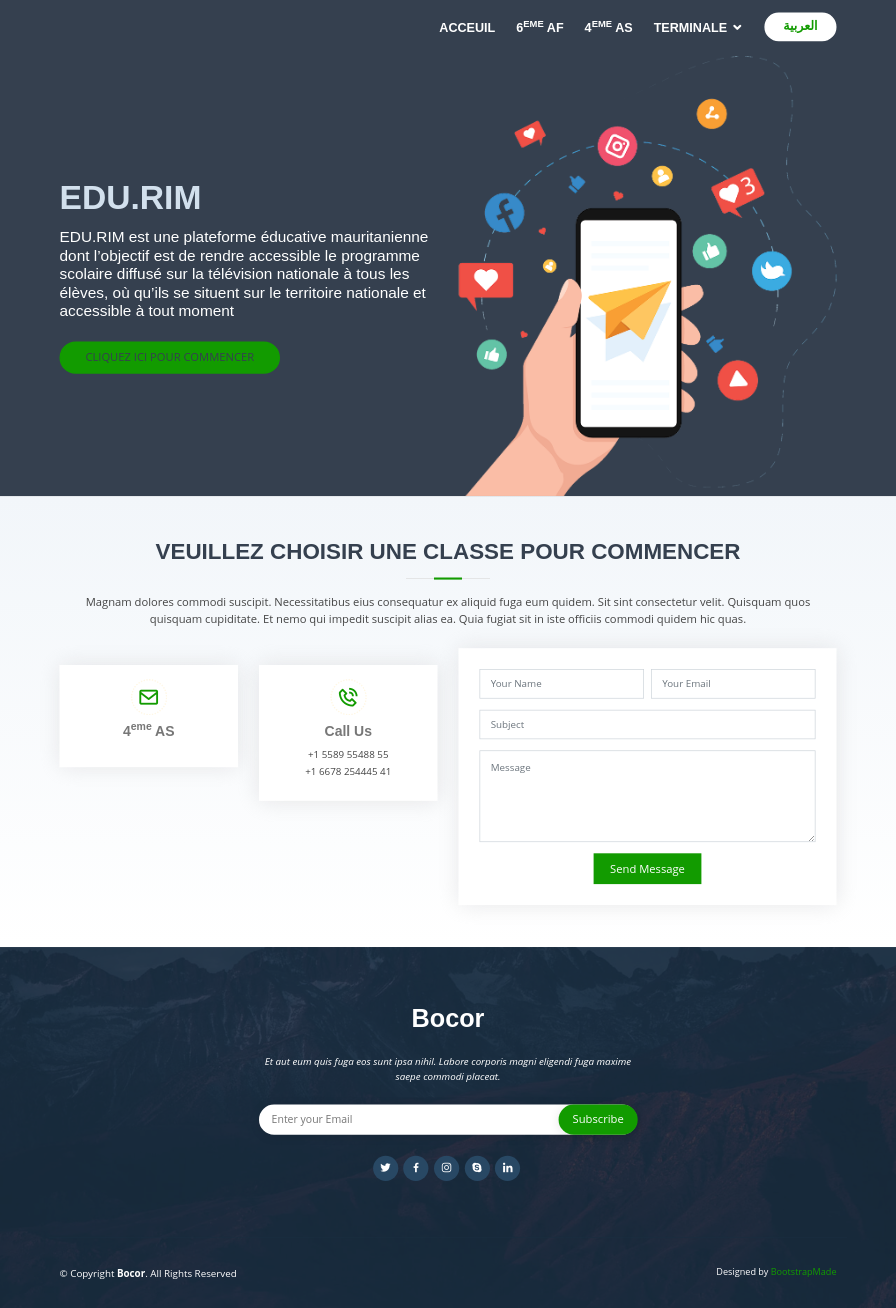
Repository: athiemohamed/courat
Page: http://localhost/
An editor plug-in stored every save of this project. The page is shown before and after the next save, followed by the edit.
The browser window is 1280 px wide. The pictures show the whole page, at 70% of full size.
Some web fonts or font styles are not loaded; a fallback is used. The page is run by PHP 8.4 with error messages shown; the project is at /var/www/html/. Other server files are loaded and not shown.

Above is the page before, as saved 2020-03-26 12:10:47.

### assets/css/style.css
/**
* Template Name: Bocor - v2.0.0
* Template URL: https://bootstrapmade.com/bocor-bootstrap-template-nice-animation/
* Author: BootstrapMade.com
* License: https://bootstrapmade.com/license/
*/

/*--------------------------------------------------------------
# General
--------------------------------------------------------------*/
body {
  font-family: "Open Sans", sans-serif;
  color: #444444;
}

a {
  color: #129b00;
}

a:hover {
  color: #129b00;
  text-decoration: none;
}

h1, h2, h3, h4, h5, h6 {
  font-family: "Raleway", sans-serif;
}

/*--------------------------------------------------------------
# Back to top button
--------------------------------------------------------------*/
.back-to-top {
  position: fixed;
  display: none;
  width: 40px;
  height: 40px;
  border-radius: 50px;
  right: 15px;
  bottom: 15px;
  background: #129b00;
  color: #fff;
  transition: display 0.5s ease-in-out;
  z-index: 99999;
  transition: all ease-in-out 0.3s;
}

.back-to-top i {
  font-size: 24px;
  position: absolute;
  top: 8px;
  left: 8px;
}

.back-to-top:hover {
  color: #fff;
  background: #129b00;
}

/*--------------------------------------------------------------
# Header
--------------------------------------------------------------*/
#header {
  height: 80px;
  transition: all 0.5s;
  z-index: 997;
  transition: all 0.5s;
  padding: 16px 0;
  background: #35404f;
}

#header .logo h1 {
  font-size: 24px;
  margin: 0;
  padding: 10px 0;
  line-height: 1;
  font-weight: 700;
  letter-spacing: 3px;
  text-transform: uppercase;
  font-family: "Poppins", sans-serif;
}

#header .logo h1 a, #header .logo h1 a:hover {
  color: #fff;
  text-decoration: none;
}

#header .logo h1 a span, #header .logo h1 a:hover span {
  color: #129b00;
}

#header .logo img {
  padding: 0;
  margin: 0;
  max-height: 40px;
}

/*--------------------------------------------------------------
# Navigation Menu
--------------------------------------------------------------*/
/* Desktop Navigation */
.nav-menu, .nav-menu * {
  margin: 0;
  padding: 0;
  list-style: none;
}

.nav-menu > ul > li {
  position: relative;
  white-space: nowrap;
  float: left;
}

.nav-menu ul {
  border-radius: 6px;
}

.nav-menu a {
  display: block;
  position: relative;
  color: #fff;
  font-weight: bold;
  padding: 10px 15px;
  transition: 0.3s;
  font-size: 18px;
  font-family: 'Cairo', sans-serif;
  font-weight: bold;
}

.nav-menu a:hover, .nav-menu .active > a, .nav-menu li:hover > a {
  color: #fff;
  text-decoration: none;
}

.nav-menu .get-started a {
  background: #fff;
  font-size: 18px;
  font-family: 'Cairo', sans-serif;
  color: #129b00;
  border-radius: 50px;
  margin: 2px 0 0 15px;
  padding: 4px 25px 6px 25px;
  border: 2px solid #fff;
}

.nav-menu .get-started a:hover {
  background: #129b00;
  color: #fff;
  border: 2px solid #129b00;
}

.nav-menu .drop-down ul {
  display: block;
  position: absolute;
  left: 0;
  top: calc(100% - 30px);
  z-index: 99;
  opacity: 0;
  visibility: hidden;
  padding: 10px 0;
  background: #fff;
  box-shadow: 0px 0px 30px rgba(127, 137, 161, 0.25);
  transition: ease all 0.3s;
}

.nav-menu .drop-down:hover > ul {
  opacity: 1;
  top: 100%;
  visibility: visible;
}

.nav-menu .drop-down li {
  min-width: 180px;
  position: relative;
}

.nav-menu .drop-down ul a {
  padding: 10px 20px;
  font-size: 14px;
  font-weight: 500;
  text-transform: none;
  color: #35404f;
}

.nav-menu .drop-down ul a:hover, .nav-menu .drop-down ul .active > a, .nav-menu .drop-down ul li:hover > a {
  color: #129b00;
}

.nav-menu .drop-down > a:after {
  content: "\ea99";
  font-family: IcoFont;
  padding-left: 5px;
}

.nav-menu .drop-down .drop-down ul {
  top: 0;
  left: calc(100% - 30px);
}

.nav-menu .drop-down .drop-down:hover > ul {
  opacity: 1;
  top: 0;
  left: 100%;
}

.nav-menu .drop-down .drop-down > a {
  padding-right: 35px;
}

.nav-menu .drop-down .drop-down > a:after {
  content: "\eaa0";
  font-family: IcoFont;
  position: absolute;
  right: 15px;
}

@media (max-width: 1366px) {
  .nav-menu .drop-down .drop-down ul {
    left: -90%;
  }
  .nav-menu .drop-down .drop-down:hover > ul {
    left: -100%;
  }
  .nav-menu .drop-down .drop-down > a:after {
    content: "\ea9d";
  }
}

/* Mobile Navigation */
.mobile-nav-toggle {
  position: fixed;
  right: 15px;
  top: 15px;
  z-index: 9998;
  border: 0;
  background: none;
  font-size: 24px;
  transition: all 0.4s;
  outline: none !important;
  line-height: 1;
  cursor: pointer;
  text-align: right;
}

.mobile-nav-toggle i {
  color: #fff;
}

.mobile-nav {
  position: fixed;
  top: 55px;
  right: 15px;
  bottom: 15px;
  left: 15px;
  z-index: 9999;
  overflow-y: auto;
  background: #fff;
  transition: ease-in-out 0.2s;
  opacity: 0;
  visibility: hidden;
  border-radius: 10px;
  padding: 10px 0;
}

.mobile-nav * {
  margin: 0;
  padding: 0;
  list-style: none;
}

.mobile-nav a {
  display: block;
  position: relative;
  color: #35404f;
  text-align: center;
  font-family: 'Cairo', sans-serif;
  font-weight: bold;
  padding: 10px 20px;
  outline: none;
  transition: 0.3s;
}

.mobile-nav a:hover, .mobile-nav .active > a, .mobile-nav li:hover > a {
  color: #129b00;
  text-decoration: none;
}

.mobile-nav .drop-down > a:after {
  content: "\ea99";
  font-family: IcoFont;
  padding-left: 10px;
  position: absolute;
  right: 15px;
}

.mobile-nav .active.drop-down > a:after {
  content: "\eaa1";
}

.mobile-nav .drop-down > a {
  text-align: center;
  font-family: 'Cairo', sans-serif;
  font-weight: bold;
}

.mobile-nav .drop-down ul {
  display: none;
  overflow: hidden;
}

.mobile-nav .drop-down li {
  text-align: center;
  font-family: 'Cairo', sans-serif;
}

.mobile-nav .get-started a {
  background: #35404f;
  color: #fff;
  font-family: 'Cairo', sans-serif;
  border-radius: 50px;
  margin: 15px;
  padding: 8px 25px 10px 25px;
  text-align: center;
}

.mobile-nav .get-started a:hover {
  background: #fff;
  color: #35404f;
  border: 1px solid #35404f;
}

.mobile-nav-overly {
  width: 100%;
  height: 100%;
  z-index: 9997;
  top: 0;
  left: 0;
  position: fixed;
  background: rgba(18, 33, 46, 0.6);
  overflow: hidden;
  display: none;
  transition: ease-in-out 0.2s;
}

.mobile-nav-active {
  overflow: hidden;
}

.mobile-nav-active .mobile-nav {
  opacity: 1;
  visibility: visible;
}

.mobile-nav-active .mobile-nav-toggle i {
  color: #fff;
}

/*--------------------------------------------------------------
# Hero Section
--------------------------------------------------------------*/
#hero {
  width: 100%;
  padding: 0 0 0 0;
  background: #35404f;
  background: linear-gradient(180deg, #35404f 0%, #35404f 35%, #35404f 100%);
}

#hero h1 {
  margin: 0 0 15px 0;
  font-size: 48px;
  font-weight: 700;
  line-height: 56px;
  color: #d2e0ed;
  font-family: "Cairo", sans-serif;
}

#hero h2 {
  color: #fff;
  margin-bottom: 30px;
  font-size: 22px;
}

#hero .btn-get-started {
  color: #35404f;
  border-radius: 50px;
  padding: 8px 35px 10px 35px;
  border: 2px solid #129b00;
  transition: all ease-in-out 0.3s;
  display: inline-block;
  background: #129b00;
}

#hero .btn-get-started:hover {
  background: transparent;
  color: #fff;
}

@media (max-width: 991px) {
  #hero .hero-img {
    text-align: center;
  }
  #hero .hero-img img {
    width: 50%;
  }
}

@media (max-width: 768px) {
  #hero {
    -moz-text-align-last: center;
    text-align-last: center;
  }
  #hero h1 {
    font-size: 28px;
    line-height: 36px;
  }
  #hero h2 {
    font-size: 18px;
    line-height: 24px;
    margin-bottom: 30px;
  }
  #hero .hero-img img {
    width: 70%;
  }
}

@media (max-width: 575px) {
  #hero .hero-img img {
    width: 80%;
  }
}

/*--------------------------------------------------------------
# Sections General
--------------------------------------------------------------*/
section {
  padding: 60px 0;
  overflow: hidden;
}

.section-bg {
  background: linear-gradient(180deg, #f2f6fa 0%, #fff 100%);
}

.section-title {
  text-align: center;
  padding-bottom: 30px;
}

.section-title h2 {
  font-size: 32px;
  font-weight: 600;
  text-transform: uppercase;
  margin-bottom: 20px;
  padding-bottom: 20px;
  position: relative;
  font-family: "Poppins", sans-serif;
  color: #35404f;
}

.section-title h2::before {
  content: '';
  position: absolute;
  display: block;
  width: 120px;
  height: 1px;
  background: #ddd;
  bottom: 1px;
  left: calc(50% - 60px);
}

.section-title h2::after {
  content: '';
  position: absolute;
  display: block;
  width: 40px;
  height: 3px;
  background: #129b00;
  bottom: 0;
  left: calc(50% - 20px);
}

.section-title p {
  margin-bottom: 0;
}

/*--------------------------------------------------------------
# Clients
--------------------------------------------------------------*/
.clients {
  padding: 0;
}

.clients .client-logo {
  display: flex;
  justify-content: center;
  align-items: center;
  overflow: hidden;
  height: 120px;
}

.clients .client-logo img {
  height: 40px;
}

.clients .client-logo:hover img {
  transform: scale(1.2);
}

.clients img {
  transition: all 0.4s ease-in-out;
}

/*--------------------------------------------------------------
# About
--------------------------------------------------------------*/
.about .content {
  padding: 30px 0;
}

.about .content h3 {
  font-weight: 700;
  font-size: 34px;
  color: #35404f;
}

.about .content p {
  margin-bottom: 0;
}

.about .content .icon-box {
  margin-top: 25px;
}

.about .content .icon-box h4 {
  font-size: 20px;
  font-weight: 700;
  margin: 5px 0 10px 60px;
  color: #35404f;
}

.about .content .icon-box h4 a {
  color: #35404f;
  transition: 0.3s;
}

.about .content .icon-box h4 a:hover {
  color: #129b00;
}

.about .content .icon-box i {
  font-size: 48px;
  float: left;
  color: #129b00;
}

.about .content .icon-box p {
  font-size: 15px;
  color: #848484;
  margin-left: 60px;
}

.about .image {
  background: url("../img/about.jpg") center center no-repeat;
  background-size: cover;
  min-height: 400px;
}

@media (max-width: 667px) {
  .about .image img {
    max-width: 100%;
  }
}

/*--------------------------------------------------------------
# Services
--------------------------------------------------------------*/
.services {
  padding-bottom: 40px;
}

.services .card {
  border: 0;
  padding: 0 30px;
  margin-bottom: 60px;
  position: relative;
  background: transparent;
}

.services .card-img {
  width: calc(100% + 60px);
  margin-left: -30px;
  overflow: hidden;
  z-index: 9;
  border-radius: 0;
}

.services .card-img img {
  max-width: 100%;
  transition: all 0.3s ease-in-out;
}

.services .card-body {
  z-index: 10;
  background: #fff;
  border-top: 4px solid #fff;
  padding: 30px;
  box-shadow: 0px 2px 15px rgba(0, 0, 0, 0.1);
  margin-top: -60px;
  transition: 0.3s;
}

.services .card-title {
  font-weight: 700;
  text-align: center;
  margin-bottom: 20px;
}

.services .card-title a {
  color: #35404f;
  transition: 0.3s;
}

.services .card-text {
  color: #5e5e5e;
}

.services .read-more a {
  color: #777777;
  text-transform: uppercase;
  font-weight: 600;
  font-size: 12px;
  transition: 0.3s;
}

.services .read-more a:hover {
  color: #129b00;
}

.services .card:hover img {
  transform: scale(1.1);
}

.services .card:hover .card-body {
  border-color: #129b00;
}

.services .card:hover .card-body .card-title a {
  color: #129b00;
}

/*--------------------------------------------------------------
# Features
--------------------------------------------------------------*/
.features .content + .content {
  margin-top: 100px;
}

.features .content h3 {
  font-weight: 700;
  font-size: 26px;
  color: #35404f;
}

.features .content ul {
  list-style: none;
  padding: 0;
}

.features .content ul li {
  padding-bottom: 10px;
}

.features .content ul i {
  font-size: 20px;
  padding-right: 4px;
  color: #129b00;
}

.features .content p:last-child {
  margin-bottom: 0;
}

/*--------------------------------------------------------------
# Portfolio
--------------------------------------------------------------*/
.portfolio .portfolio-item {
  margin-bottom: 30px;
}

.portfolio #portfolio-flters {
  padding: 0;
  margin: 0 0 35px 0;
  list-style: none;
  text-align: center;
}

.portfolio #portfolio-flters li {
  cursor: pointer;
  margin: 0 5px 5px 0;
  display: inline-block;
  padding: 10px 15px;
  font-size: 16px;
  font-weight: 600;
  line-height: 20px;
  color: #444444;
  margin-bottom: 5px;
  transition: all 0.3s ease-in-out;
}

.portfolio #portfolio-flters li:hover, .portfolio #portfolio-flters li.filter-active {
  color: #129b00;
}

.portfolio #portfolio-flters li:last-child {
  margin-right: 0;
}

.portfolio .portfolio-wrap {
  transition: 0.3s;
  position: relative;
  overflow: hidden;
  border-radius: 8px;
  z-index: 1;
}

.portfolio .portfolio-wrap::before {
  content: "";
  background: rgba(33, 59, 82, 0.6);
  position: absolute;
  left: 100%;
  right: 0;
  top: 0;
  bottom: 0;
  transition: all ease-in-out 0.3s;
  z-index: 2;
}

.portfolio .portfolio-wrap img {
  transition: 0.3s;
}

.portfolio .portfolio-wrap .portfolio-links {
  opacity: 0;
  left: 0;
  right: 0;
  top: calc(50% - 36px);
  text-align: center;
  z-index: 3;
  position: absolute;
  transition: all ease-in-out 0.3s;
}

.portfolio .portfolio-wrap .portfolio-links a {
  color: #129b00;
  font-size: 24px;
  line-height: 1;
  text-align: center;
  width: 36px;
  height: 36px;
  display: inline-block;
  transition: 0.3s;
}

.portfolio .portfolio-wrap .portfolio-links a:hover {
  color: #fff;
}

.portfolio .portfolio-wrap .portfolio-info {
  opacity: 0;
  position: absolute;
  bottom: -20px;
  left: 0;
  right: 0;
  text-align: center;
  z-index: 3;
  transition: all ease-in-out 0.3s;
}

.portfolio .portfolio-wrap .portfolio-info h4 {
  font-size: 20px;
  color: #fff;
  font-weight: 600;
}

.portfolio .portfolio-wrap .portfolio-info p {
  color: #ffffff;
  font-size: 14px;
  text-transform: uppercase;
}

.portfolio .portfolio-wrap:hover::before {
  left: 0;
}

.portfolio .portfolio-wrap:hover .portfolio-links {
  opacity: 1;
  top: calc(50% - 18px);
}

.portfolio .portfolio-wrap:hover .portfolio-info {
  opacity: 1;
  bottom: 0;
}

/*--------------------------------------------------------------
# Team
--------------------------------------------------------------*/
.team .member {
  text-align: center;
  margin-bottom: 20px;
}

.team .member .pic {
  margin-bottom: 15px;
  overflow: hidden;
  min-height: 260px;
}

.team .member .pic img {
  max-width: 100%;
}

.team .member h4 {
  font-weight: 700;
  margin-bottom: 2px;
  font-size: 18px;
  color: #35404f;
}

.team .member span {
  font-style: italic;
  display: block;
  font-size: 13px;
}

.team .member .social {
  margin-top: 15px;
}

.team .member .social a {
  color: #5289ba;
  transition: 0.3s;
}

.team .member .social a:hover {
  color: #129b00;
}

.team .member .social i {
  font-size: 18px;
  margin: 0 2px;
}

/*--------------------------------------------------------------
# Pricing
--------------------------------------------------------------*/
.pricing .row {
  padding-top: 40px;
}

.pricing .box {
  padding: 40px;
  margin-bottom: 30px;
  box-shadow: 0px 0px 30px rgba(73, 78, 92, 0.15);
  background: #fff;
  text-align: center;
  position: relative;
}

.pricing .featured-badge {
  display: inline-block;
  position: absolute;
  top: -11px;
  left: calc(50% - 49px);
  background: #129b00;
  color: #fff;
  text-align: center;
  line-height: 1;
  border-radius: 50px;
  padding: 4px 20px 5px 20px;
  font-size: 12px;
  text-transform: uppercase;
}

.pricing h3 {
  font-weight: 300;
  margin-bottom: 15px;
  font-size: 28px;
}

.pricing h4 {
  font-size: 46px;
  color: #129b00;
  font-weight: 400;
  font-family: "Open Sans", sans-serif;
  margin-bottom: 25px;
}

.pricing h4 span {
  color: #bababa;
  font-size: 18px;
  display: block;
}

.pricing ul {
  padding: 0;
  list-style: none;
  color: #999;
  text-align: left;
  line-height: 20px;
}

.pricing ul li {
  padding-bottom: 12px;
}

.pricing ul i {
  color: #129b00;
  font-size: 18px;
  padding-right: 4px;
}

.pricing ul .na {
  color: #ccc;
}

.pricing ul .na i {
  color: #ccc;
}

.pricing ul .na span {
  text-decoration: line-through;
}

.pricing .get-started-btn {
  background: #35404f;
  display: inline-block;
  padding: 6px 30px;
  border-radius: 20px;
  color: #fff;
  transition: none;
  font-size: 14px;
  font-weight: 400;
  font-family: "Raleway", sans-serif;
  transition: 0.3s;
}

.pricing .get-started-btn:hover {
  background: #129b00;
}

.pricing .featured {
  z-index: 10;
  margin: -30px -5px 0 -5px;
  border: 1px solid #129b00;
}

.pricing .featured .get-started-btn {
  background: #129b00;
}

.pricing .featured .get-started-btn:hover {
  background: #fdcd5c;
}

@media (max-width: 992px) {
  .pricing .box {
    max-width: 60%;
    margin: 0 auto 30px auto;
  }
}

@media (max-width: 767px) {
  .pricing .box {
    max-width: 80%;
    margin: 0 auto 30px auto;
  }
}

@media (max-width: 420px) {
  .pricing .box {
    max-width: 100%;
    margin: 0 auto 30px auto;
  }
}

/*--------------------------------------------------------------
# Frequently Asked Questions
--------------------------------------------------------------*/
.faq .faq-item {
  margin: 20px 0;
  padding: 20px 0;
  border-bottom: 1px solid #dde8f1;
}

.faq .faq-item i {
  color: #9bbbd7;
  font-size: 20px;
  float: left;
  line-height: 0;
  padding: 13px 0 0 0;
  margin: 0;
}

.faq .faq-item h4 {
  font-size: 16px;
  line-height: 26px;
  font-weight: 500;
  margin: 0 0 10px 28px;
  font-family: "Poppins", sans-serif;
}

.faq .faq-item p {
  font-size: 15px;
}

/*--------------------------------------------------------------
# Contact
--------------------------------------------------------------*/
.contact .info-box {
  color: #444444;
  text-align: center;
  box-shadow: 0 0 30px rgba(214, 215, 216, 0.6);
  padding: 20px 0 30px 0;
  background: #fff;
}

.contact .info-box i {
  font-size: 32px;
  color: #129b00;
  border-radius: 50%;
  padding: 8px;
  border: 2px dotted #fff7e5;
}

.contact .info-box h3 {
  font-size: 20px;
  color: #777777;
  font-weight: 700;
  margin: 10px 0;
}

.contact .info-box p {
  padding: 0;
  line-height: 24px;
  font-size: 14px;
  margin-bottom: 0;
}

.contact .php-email-form {
  box-shadow: 0 0 30px rgba(214, 215, 216, 0.6);
  padding: 30px;
  background: #fff;
}

.contact .php-email-form .validate {
  display: none;
  color: red;
  margin: 0 0 15px 0;
  font-weight: 400;
  font-size: 13px;
}

.contact .php-email-form .error-message {
  display: none;
  color: #fff;
  background: #ed3c0d;
  text-align: center;
  padding: 15px;
  font-weight: 600;
}

.contact .php-email-form .sent-message {
  display: none;
  color: #fff;
  background: #18d26e;
  text-align: center;
  padding: 15px;
  font-weight: 600;
}

.contact .php-email-form .loading {
  display: none;
  background: #fff;
  text-align: center;
  padding: 15px;
}

.contact .php-email-form .loading:before {
  content: "";
  display: inline-block;
  border-radius: 50%;
  width: 24px;
  height: 24px;
  margin: 0 10px -6px 0;
  border: 3px solid #18d26e;
  border-top-color: #eee;
  -webkit-animation: animate-loading 1s linear infinite;
  animation: animate-loading 1s linear infinite;
}

.contact .php-email-form input, .contact .php-email-form textarea {
  border-radius: 0;
  box-shadow: none;
  font-size: 14px;
}

.contact .php-email-form input::focus, .contact .php-email-form textarea::focus {
  background-color: #129b00;
}

.contact .php-email-form input {
  padding: 20px 15px;
}

.contact .php-email-form textarea {
  padding: 12px 15px;
}

.contact .php-email-form button[type="submit"] {
  background: #129b00;
  border: 0;
  padding: 10px 24px;
  color: #fff;
  transition: 0.4s;
}

.contact .php-email-form button[type="submit"]:hover {
  background: #fdd067;
}

@-webkit-keyframes animate-loading {
  0% {
    transform: rotate(0deg);
  }
  100% {
    transform: rotate(360deg);
  }
}

@keyframes animate-loading {
  0% {
    transform: rotate(0deg);
  }
  100% {
    transform: rotate(360deg);
  }
}

/*--------------------------------------------------------------
# Footer
--------------------------------------------------------------*/
#footer {
  background: url("../img/footer-bg.jpg") center center no-repeat;
  color: #fff;
  font-size: 14px;
  position: relative;
}

#footer::before {
  content: "";
  position: absolute;
  left: 0;
  right: 0;
  top: 0;
  bottom: 0;
  background: rgba(26, 46, 64, 0.85);
  z-index: 1;
}

#footer .footer-top {
  position: relative;
  z-index: 2;
  text-align: center;
  padding: 80px 0;
}

#footer .footer-top h3 {
  font-size: 36px;
  font-weight: 700;
  color: #fff;
  position: relative;
  font-family: "Poppins", sans-serif;
  padding-bottom: 0;
  margin-bottom: 0;
}

#footer .footer-top p {
  font-size: 15;
  font-style: italic;
  margin: 30px 0 0 0;
  padding: 0;
}

#footer .footer-top .footer-newsletter {
  text-align: center;
  font-size: 15px;
  margin-top: 30px;
}

#footer .footer-top .footer-newsletter form {
  background: #fff;
  padding: 6px 10px;
  position: relative;
  border-radius: 50px;
  box-shadow: 0px 2px 15px rgba(0, 0, 0, 0.1);
  text-align: left;
}

#footer .footer-top .footer-newsletter form input[type="email"] {
  border: 0;
  padding: 4px 8px;
  width: calc(100% - 100px);
}

#footer .footer-top .footer-newsletter form input[type="submit"] {
  position: absolute;
  top: 0;
  right: -1px;
  bottom: 0;
  border: 0;
  background: none;
  font-size: 16px;
  padding: 0 20px;
  background: #129b00;
  color: #fff;
  transition: 0.3s;
  border-radius: 50px;
  box-shadow: 0px 2px 15px rgba(0, 0, 0, 0.1);
}

#footer .footer-top .footer-newsletter form input[type="submit"]:hover {
  background: #fcb102;
}

#footer .footer-top .social-links {
  margin-top: 30px;
}

#footer .footer-top .social-links a {
  font-size: 18px;
  display: inline-block;
  background: #284864;
  color: #fff;
  line-height: 1;
  padding: 8px 0;
  margin-right: 4px;
  border-radius: 50%;
  text-align: center;
  width: 36px;
  height: 36px;
  transition: 0.3s;
}

#footer .footer-top .social-links a:hover {
  background: #fcb102;
  color: #fff;
  text-decoration: none;
}

#footer .footer-bottom {
  border-top: 1px solid #1a2e40;
  z-index: 2;
  position: relative;
  padding-top: 40px;
  padding-bottom: 40px;
}

#footer .copyright {
  text-align: center;
  float: left;
}

#footer .credits {
  float: right;
  text-align: center;
  font-size: 13px;
}

@media (max-width: 768px) {
  #footer .copyright, #footer .credits {
    padding: 5px;
    float: none;
    text-align: ceneter;
  }
}









/* CUSTOM */
.info-box span {
  border: 1px solid #129b00;
  border-radius: 50% !important;
  margin: 0 5px;
}

Loaded but not shown: assets/js/main.js (117 lines, source omitted); index.php (268 lines, source omitted)

After the next save:
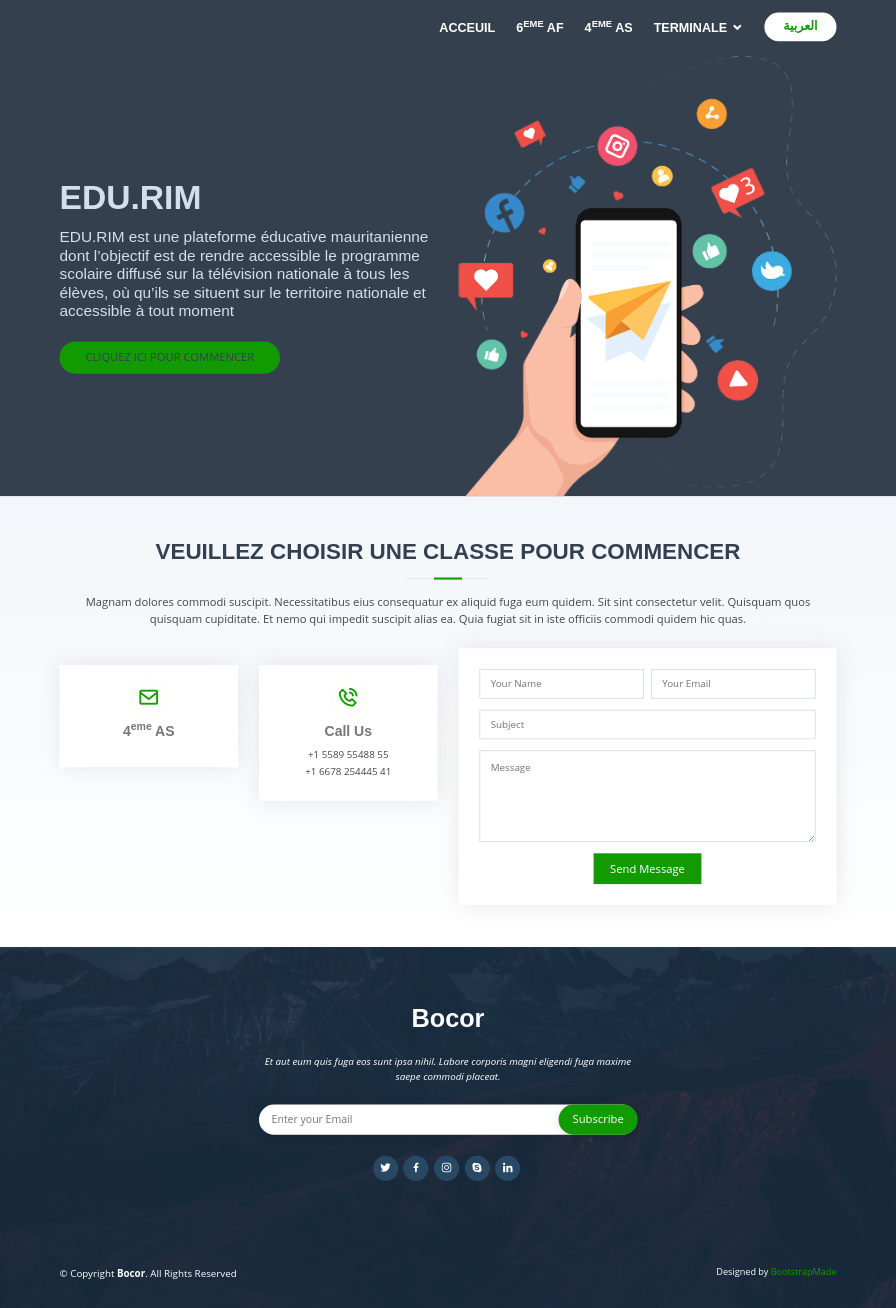
Saved 17 s later.
--- a/assets/css/style.css
+++ b/assets/css/style.css
@@ -374,7 +374,7 @@ h1, h2, h3, h4, h5, h6 {
 }
 
 #hero h2 {
-  color: #fff;
+  color: #d2e0ed;
   margin-bottom: 30px;
   font-size: 22px;
 }
